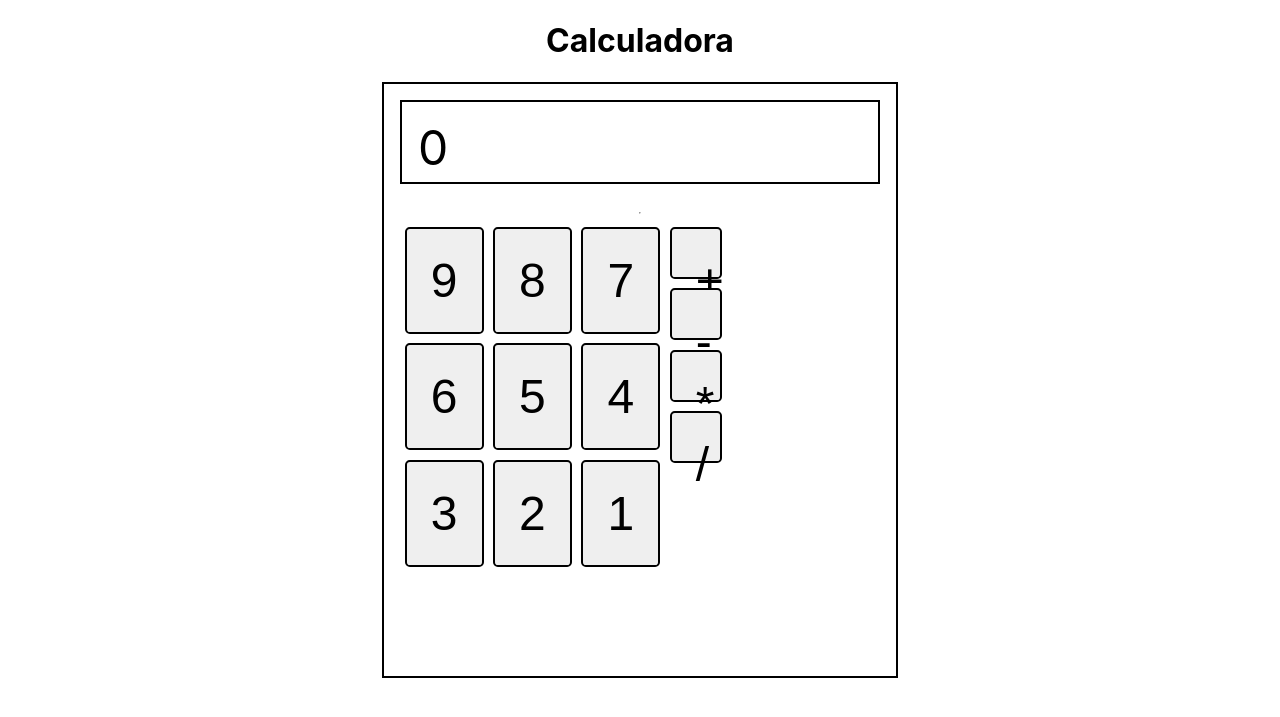
Repository: yamaka/curso-react-febrero-2022
Page: /
These files come from the project's save history. The page is drawn as it stood at one moment and after the next save; the edit follows.
The browser window is 1280 px wide. The pictures show the whole page.
The project was rebuilt for these pictures with package versions that can differ from the ones it lists, and the page was loaded fresh each time. Also part of the build but not shown: src/App.css, src/components/Zanahoria/Zanahoria.css, src/components/Zanahoria/Zanahoria.js, src/components/Zanahorias/Zanahorias.js, src/components/Lechuga/Lechuga.css, src/components/Lechuga/Lechuga.js, src/components/Calculadora/Calculadora.css, src/components/Calculadora/Calculadora.js and 4 more.

Above is the page before, as saved 2022-03-02 18:22:03.

After the next save:
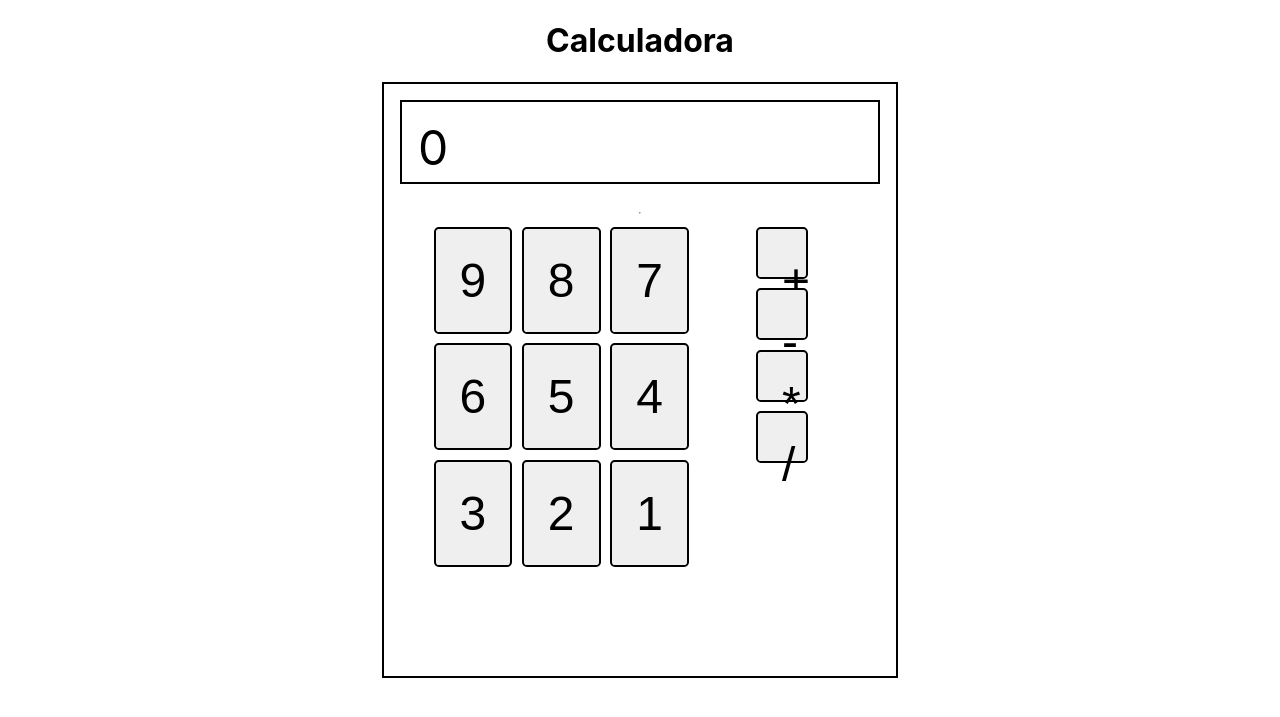
Saved 13 s later.
--- a/src/hooks/Calculadora/Calculadora.js
+++ b/src/hooks/Calculadora/Calculadora.js
@@ -47,6 +47,7 @@ const Calculadora = () => {
             display: "flex",
             flex: 1,
             flexDirection: "row",
+            justifyContent: "space-around",
           }}
         >
           <div
